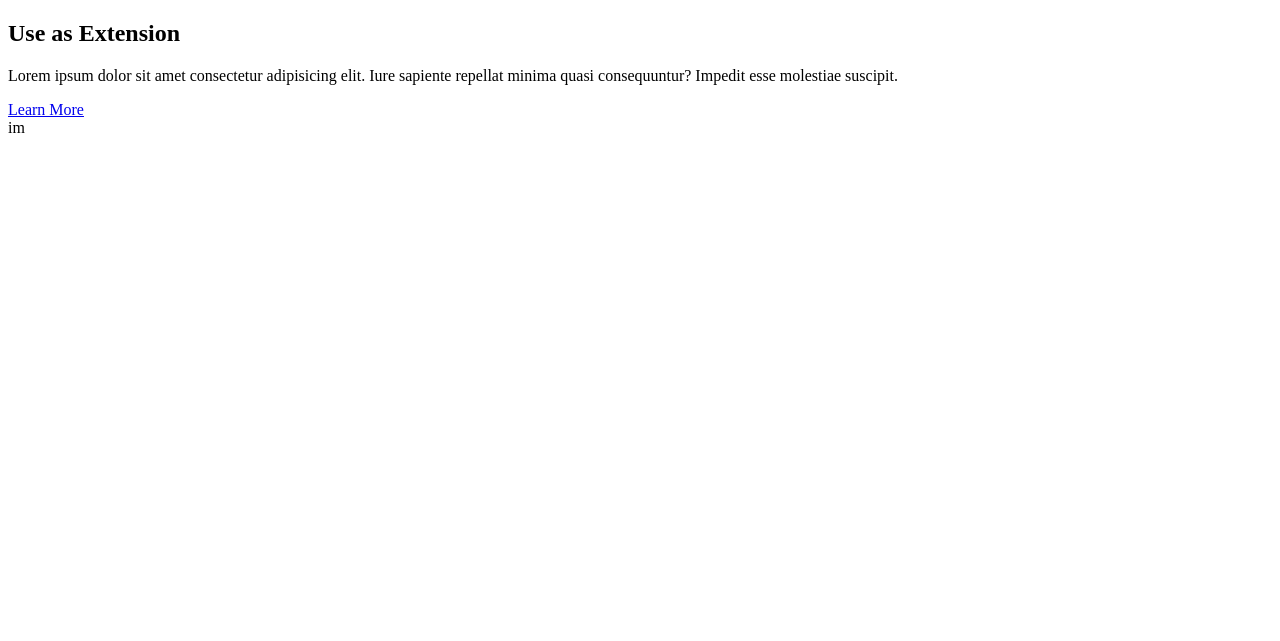
Repository: rinesagajtani0/whitespace_saas
Page: index.html
These files come from the project's save history. The page is drawn as it stood at one moment and after a run of saves; the edit follows.
The browser window is 1280 px wide. The pictures show the whole page.

Above is the page before, as saved 2025-11-01 15:47:24.

### index.html
<!DOCTYPE html>
<html lang="en">
  <head>
    <meta charset="UTF-8" />
    <meta name="viewport" content="width=device-width, initial-scale=1.0" />
    <title>Document</title>
    <link rel="stylesheet" href="style.css" />
  </head>
  <body>
    <section class="hero hero-blue">
      <div class="hero__container">
        <div class="hero__content">
          <h2 class="hero__title">Use as <span>Extension</span></h2>
          <p class="hero__text">
            Lorem ipsum dolor sit amet consectetur adipisicing elit. Iure
            sapiente repellat minima quasi consequuntur? Impedit esse molestiae
            suscipit.
          </p>
           <a href="#" class="hero__btn btn btn--light">Learn More </a>
        </div>

        <div class="hero__image">
            im
        </div>
      </div>
    </section>
  </body>
</html>

Loaded but not shown: style.css (no stored copy; drawn as an empty file)

After the next 2 saves:
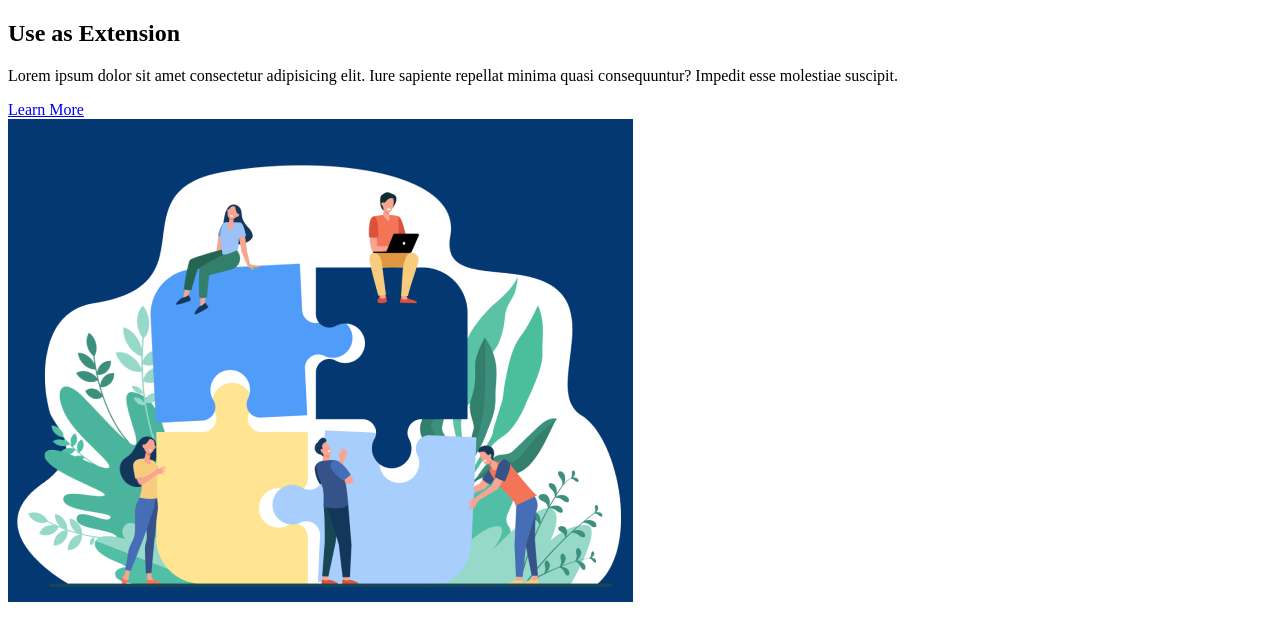
The 2 saves are shown as one change because they came seconds apart.
The last was saved 62 s later.
--- a/index.html
+++ b/index.html
@@ -20,7 +20,7 @@
         </div>
 
         <div class="hero__image">
-            im
+            <img src="img/foto1.png" alt="">
         </div>
       </div>
     </section>
